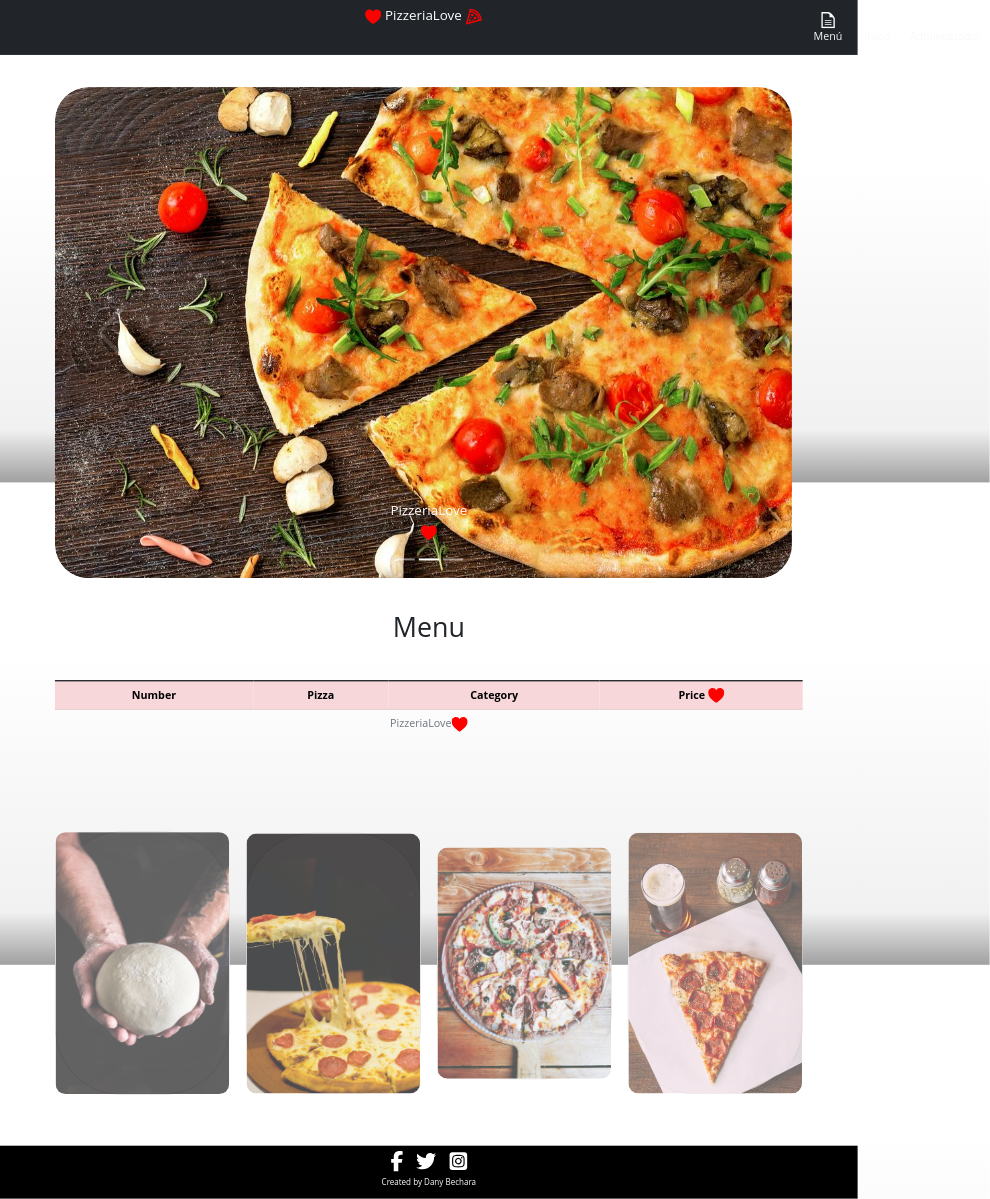
Repository: bechara611/PizzeriaLove
Page: /
These files come from the project's save history. The page is drawn as it stood at one moment and after the next save; the edit follows.
The browser window is 1280 px wide. The page is 1477 px wide, then 1280 px, so the pictures cover 1477 px, including what lies to the right of the window. The pictures show the whole page, at 67% of full size.
The page's requests for data from a server got no answer. Backgrounds fixed to the window are drawn as part of the page. The project was rebuilt for these pictures with package versions that can differ from the ones it lists, and the page was loaded fresh each time. No one was signed in, and anything a server would have sent is missing. Also part of the build but not shown: src/App.css, src/App.js, src/Componentes/FormularioAgregarMenu.css, src/Elementos/Alerta.js, src/Elementos/AlertaRed.js, src/Componentes/FormularioAgregarMenu.js.

Above is the page before, as saved 2022-02-25 23:46:12.

### src/index.js
import React,{useState} from 'react';
import ReactDOM from 'react-dom';
import './index.css';
import 'bootstrap/dist/css/bootstrap.css'
import 'bootstrap/dist/js/bootstrap.bundle.min';
import Header from './Componentes/Header';
import {BrowserRouter,Route, Routes,NavLink} from 'react-router-dom'
import {App,App2} from './App';
import WebFont from 'webfontloader'
import './index.css'
import Carousel from './Componentes/Carousel';
import Menu from './Componentes/Menu';
import Footer from './Componentes/Footer';
import { FormularioAgregarMenu } from './Componentes/FormularioAgregarMenu';
import Galeria from './Componentes/Galeria';

WebFont.load({
  google: {
    families: ['Open Sans:400,500,700', 'Sans-serif']
  }
});

const Index = () => {
  const [administrador,cambiaradministrador]=useState(false);
  const [admin,cambiaradmin]=useState('');
  return (
  <BrowserRouter>
     <Header administrador={administrador} cambiaradministrador={cambiaradministrador} cambiaradmin={cambiaradmin} admin={admin}></Header>
   {admin==='admin' ? <h2 className='my-5 tittle text-dark text-center'>ADMIN</h2>:<></>}
     <Carousel></Carousel>

    <Routes>
    <Route path='/' element={<Menu borrar={false} />} ></Route>
    <Route path='/administrador' element={<FormularioAgregarMenu />} ></Route>
    <Route path='/inicio' element={<Menu borrar={false} />} ></Route>
    </Routes>


    <Footer></Footer>
    </BrowserRouter>
    );
}


ReactDOM.render(

  <Index />,
  document.getElementById('root')
);

### src/index.css
* {
  margin: 0;
  font-family:'Open Sans';
  /* Permalink - use to edit and share this gradient: https://colorzilla.com/gradient-editor/#ffffff+0,ffffff+100&1+0,0+100;White+to+Transparent */



}


body
{
  background: rgb(255,255,255);
  background: linear-gradient(180deg, rgba(255,255,255,1) 0%, rgba(255,255,255,1) 35%, rgba(242,241,241,1) 89%, rgba(10,10,10,0.38699229691876746) 100%);

  background-attachment:fixed;
}

### src/Componentes/Header.js
import {NavLink} from 'react-router-dom'
import styled from 'styled-components';
import { BotonTipoNavLink,BotonTipoNavLinkA } from '../Elementos/BotonTipoNavLink';
import {Pizza2,Administrador2,Inicio2,Menu2,Contacto2,Heart2}from '../Elementos/ImagenesSVG';
import {App,App2} from './../App';
import './Header.css'


const Header = ({cambiaradministrador,administrador,cambiaradmin}) => {
    let url1,urladmin;
    url1="/inicio";
    urladmin='/administrador'
      return (
        <>

        <nav className="navbar navbar-expand-sm navbar-dark bg-dark  header_nav">
        <div className="container contenedor1 text-center col-12 ">
        <div className='hijo1_header text-center col-12 '>
         <BotonTipoNavLink to={url1} className="navbar-brand text-center "> <Heart2 / > PizzeriaLove <Pizza2></Pizza2></BotonTipoNavLink>



        </div>
      <div className='hijo2_header text-center col-12 col-sm-3 '>
        <button
        className="navbar-toggler mt-2 col-12 col-sm-3 text-center"
        type="button"
        data-bs-toggle="collapse"
        data-bs-target="#menu"
        aria-controls="menu"
        aria-expanded="false"
        aria-label="Mostrar / Ocultar Menu"
      >
        <span className="navbar-toggler-icon   "></span>
      </button>

      <div className="collapse navbar-collapse   " id="menu">
      <ul className="navbar-nav me-auto mb-2 mb-lg-0 header_menu ">
      <li className="nav-item opcion"><a href="#menuu" className="nav-link text-light  opcion" onClick={()=>{cambiaradmin('usuario')}}><Menu2></Menu2> Menú</a></li>
        <li className="nav-item"><BotonTipoNavLinkA to={url1} className="nav-link text-light" onClick={()=>{cambiaradmin('usuario')}}><Inicio2/> Inicio</BotonTipoNavLinkA></li>
        <li className="nav-item"><BotonTipoNavLink to={urladmin} className="nav-link text-light" onClick={()=>{cambiaradmin('admin')}}> <Administrador2 /> Administrador</BotonTipoNavLink></li>
      </ul>

    </div>
    </div>
        </div>

      </nav>

      </>
       );
    }

    export default Header;

### src/Componentes/Carousel.js
import { Heart2 } from '../Elementos/ImagenesSVG'
import imagen1 from './../Imagenes/carousel1.jpg'
import imagen2 from './../Imagenes/carousel2.jpg'
import imagen3 from './../Imagenes/carousel3.jpg'
import './Carousel.css'
const Carousel = () => {
    return (

        <>
<section className="main">
  <div className="container">
    <div className="row mt-5">
      <div className="col">
        <div className="carousel slide carousel-fade" id="mi-carousel" data-bs-ride="carousel">
          <div className="carousel-inner">
            <div className="carousel-item active">
            <div className="carousel-caption">
            <h5>PizzeriaLove</h5>
            <p><Heart2></Heart2></p>
          </div>
              <img className="img-fluid" src={imagen1} alt='' />
            </div>

            <div className="carousel-item" data-bs-interval="5000">
              <div className="carousel-caption">
                <h5>PizzeriaLove</h5>
                <p><Heart2></Heart2></p>
              </div>
              <img className="img-fluid" src={imagen2}  alt=''/>
            </div>
            <div className="carousel-item">
            <div className="carousel-caption">
            <h5>PizzeriaLove</h5>
            <p><Heart2></Heart2></p>
          </div>
            <img className="img-fluid" src={imagen3} alt='' />
            </div>
          </div>



          <button
            className="carousel-control-prev botonprev"
            type="button"
            data-bs-target="#mi-carousel"
            data-bs-slide="prev"
          >
            <span className="carousel-control-prev-icon  icono" aria-hidden="true"></span>
            <span className="visually-hidden">Prev</span>
          </button>
          <button
            className="carousel-control-next"
            type="button"
            data-bs-target="#mi-carousel"
            data-bs-slide="next"
          >
            <span className="carousel-control-next-icon icono" aria-hidden="true"></span>
            <span className="visually-hidden">Next</span>
          </button>




          <div className="carousel-indicators">
            <button
              type="button"
              className="active"
              data-bs-target="#mi-carousel"
              data-bs-slide-to="0"
              aria-label="Slide 1"
            ></button>
            <button
              type="button"
              className=""
              data-bs-target="#mi-carousel"
              data-bs-slide-to="1"
              aria-label="Slide 2"
            ></button>
            <button
              type="button"
              className=""
              data-bs-target="#mi-carousel"
              data-bs-slide-to="2"
              aria-label="Slide 3"
            ></button>
          </div>
        </div>
      </div>
    </div>
  </div>

</section>


        </>
     );
}

export default Carousel;

### src/Componentes/Menu.js
import React from 'react'
import { Heart2, Trash2 } from '../Elementos/ImagenesSVG';
import { db } from '../Firebase/FirebaseConfig';
import './Menu.css'
import useObtenerMenu from '../Hooks/useObtenerMenu';
import BorrarDocumento from '../Firebase/Borrar';
import Galeria from './Galeria';

const Menu = ({borrar}) => {
   const [platos,cambiarplatos]=useObtenerMenu();


    return (
        <>
        <div className="container contenedor-tabla">
        <div className="row my-5">

        <div className="col titulo">
        {borrar===true ?   <h1 className=''>Admin, you can delete a plate here:</h1> :    <h1 className=''>Menu</h1>}

        </div>
        </div>
            <div className="row my-5">

             <div className="table-responsive " id='menuu'>
            <table className="table table-hover table" >
            <caption className='captionMenu'>PizzeriaLove<Heart2></Heart2></caption>
             <thead>
             <tr className={borrar===true?'table-success' : 'table-danger'}>
             <th>Number</th>
             <th>Pizza</th>
             <th>Category </th>
             <th>Price <Heart2></Heart2> </th>
             </tr>
             </thead>
             <tbody>
             {
                 platos.map((plato,index)=>{
                     return <React.Fragment key={index}>
                     <tr onClick={()=>{


                     }} >
                     <td>{index +1}</td>
                     <td>{plato.plato}</td>
                     <td>{plato.categorias}</td>
                     {borrar===true ?    <td>{plato.precio}$  <Trash2 onClick={()=>{
                        if (borrar===true) {
                            BorrarDocumento(plato.id)
                         }
                     }}></Trash2> </td> : <td>{plato.precio}</td> }

                     </tr>
                     </React.Fragment>
                 })
             }
             </tbody>
             </table>
            </div>


            </div>
        </div>
        <Galeria></Galeria>
        </>

        )

}

export  default Menu;

### src/Componentes/Footer.js
import styled from "styled-components";
import './Footer.css'
import { FontAwesomeIcon } from '@fortawesome/react-fontawesome'
import { faCoffee } from '@fortawesome/free-solid-svg-icons'
import {  faFacebookF,faInstagramSquare,faTwitter } from '@fortawesome/free-brands-svg-icons';
import useObtenerMenu from "../Hooks/useObtenerMenu";


const Footer = () => {
    let face='https://www.facebook.com';
    let insta='https://www.instagram.com';
    let twitter='https://www.twitter.com';
    let nuevaPestana="_blank"

    return (
        <>
        <div className="container-fluid " >
        <div className="row fila">
        <footer className="col-12 footer">
        <a href={face} target={nuevaPestana} className='face'><FontAwesomeIcon icon={faFacebookF}/></a>
        <a href={twitter} target={nuevaPestana} className='twitter'><FontAwesomeIcon icon={faTwitter}/></a>
        <a href={insta} target={nuevaPestana} className='instagram'><FontAwesomeIcon icon={faInstagramSquare}/></a>

        </footer>
        <p className="col-12">Created by Dany Bechara</p>
        </div>
        </div>
        </>
     );
}

export default Footer;

### src/Componentes/Galeria.js
import React from 'react';
import './Galeria.css'
import  Pizza1 from './../Imagenes/Pizza1.jpg'
import  Pizza2 from './../Imagenes/Pizza2.jpg'
import  Pizza3 from './../Imagenes/Pizza3.jpg'
import  Pizza4 from './../Imagenes/Pizza4.jpg'
import  Pizza5 from './../Imagenes/Pizza5.jpg'
import  Pizza6 from './../Imagenes/Pizza6.jpg'
import  Pizza7 from './../Imagenes/Pizza7.jpg'
import  Pizza8 from './../Imagenes/Pizza8.jpg'
import {ReactComponent as Menu} from './../Imagenes/Menu.svg'
const Galeria = () => {
    return (

        <>
        <div className="container centrar   py-5">
    <div className="row my-4 centrar">
        <div className="col-lg-3 col-12 col-sm-6 centrar">
            <div className="card cardcita my-1">
           < img src={Pizza5} alt="" className=" cardcitaImagen"></img>
            </div>
        </div>
        <div className="col-lg-3 col-12 col-sm-6 centrar">
            <div className="card cardcita my-1">
           < img src={Pizza2} alt="" className="cardcitaImagen"></img>
            </div>
        </div>
        <div className="col-lg-3 col-12 col-sm-6 centrar">
        <div className="card cardcita my-1">
       < img src={Pizza3} alt="" className="cardcitaImagen"></img>
        </div>
    </div>
        <div className="col-lg-3 col-12 col-sm-6 centrar">
            <div className="card cardcita my-1">
           < img src={Pizza8} alt="" className="cardcitaImagen colores"></img>
            </div>
        </div>
    </div>


        </div>
        </>
     );
}

export default Galeria;

### src/Elementos/BotonTipoNavLink.js
import styled from "styled-components"
import { NavLink } from "react-router-dom"
    const BotonTipoNavLink = styled(NavLink)`
    &:hover
    {
      text-decoration: underline;
      color: black;
    }
    `

    const BotonTipoNavLinkA=styled(BotonTipoNavLink)`
    text-decoration: none;
      color: black;
      cursor:pointer;
    `
    export {BotonTipoNavLink,BotonTipoNavLinkA}

### src/Elementos/ImagenesSVG.js
import styledComponents from 'styled-components';
import {ReactComponent as Pizza} from './../Imagenes/Pizza.svg'
import {ReactComponent as Inicio} from './../Imagenes/Inicio.svg'
import {ReactComponent as Menu} from './../Imagenes/Menu.svg'
import {ReactComponent as Administrador} from './../Imagenes/Administrador.svg'
import {ReactComponent as Contacto} from './../Imagenes/Contacto.svg'
import {ReactComponent as Heart} from './../Imagenes/Heart.svg'
import {ReactComponent as Trash} from './../Imagenes/Trash.svg'
const Pizza2 = styledComponents(Pizza)`
font-size:10px;
z-index: 1;
color:white;
fill:red;

`;
const Inicio2 = styledComponents(Inicio)`
font-size:10px;
z-index: 1;
color:white;
fill:white;

`;
const Menu2 = styledComponents(Menu)`
font-size:10px;
z-index: 1;
color:white;
fill:white;

`;
const Administrador2 = styledComponents(Administrador)`
font-size:10px;
z-index: 1;
color:white;
fill:white;

`;

const Contacto2 = styledComponents(Contacto)`
font-size:10px;
z-index: 1;
color:white;
fill:white;

`;

const Heart2 = styledComponents(Heart)`
font-size:10px;
z-index: 1;
color:white;
fill:red;

`;

const Trash2=styledComponents(Trash)`
fill:blue;
cursor:pointer;
`

export {Pizza2,Administrador2,Inicio2,Menu2, Contacto2,Heart2,Trash2}

### src/Componentes/Header.css

*{
   box-sizing: border-box;
   margin: 0;
   padding: 0;


}
.header_nav2
{
    /* margin-top: -8px; */
    background: -moz-linear-gradient(top,  rgba(211,126,128,1) 0%, rgba(146,171,207,0) 76%, rgba(134,179,222,0) 90%, rgba(125,185,232,0) 100%); /* FF3.6-15 */
background: -webkit-linear-gradient(top,  rgba(211,126,128,1) 0%,rgba(146,171,207,0) 76%,rgba(134,179,222,0) 90%,rgba(125,185,232,0) 100%); /* Chrome10-25,Safari5.1-6 */
background: linear-gradient(to bottom,  rgba(211,126,128,1) 0%,rgba(146,171,207,0) 76%,rgba(134,179,222,0) 90%,rgba(125,185,232,0) 100%); /* W3C, IE10+, FF16+, Chrome26+, Opera12+, Safari7+ */
filter: progid:DXImageTransform.Microsoft.gradient( startColorstr='#d37e80', endColorstr='#007db9e8',GradientType=0 ); /* IE6-9 */


}
body
{
    /* background: url(./../Imagenes/textura.png);
	background-repeat: repeat;
	background-attachment: fixed; */
}

.nav
{


}

.contenedor12
{

    /* min-height: 300px;  */
}

.hijo1_header
{
    align-self: start;
    /* margin-top: 2%; */

}
.hijo2_header
{
    /* margin-top: 2%; */
    align-self: start;
}
.header_menu
{

}

.opcion
{
text-decoration: dotted;
display: inline-block;
opacity: 1;

}



.opcion:hover
{
    text-decoration: underline;
}

.opcion:link
{
color: green;
}

### src/Componentes/Carousel.css
.carousel-inner{border-radius: 50px;}
.carousel-item{border-radius: 50px;}
.img-fluid{border-radius: 50px;}
.icono {
    height: 100px;
    width: 100px;

      /*shape border*/

      opacity: 0.3;
      /*symbol */




}
.icono:hover{opacity: 1;}

### src/Firebase/FirebaseConfig.js
import { initializeApp } from "firebase/app";
import { getAnalytics } from "firebase/analytics";
import { getFirestore } from "firebase/firestore";
import { getAuth, createUserWithEmailAndPassword } from "firebase/auth";

const firebaseConfig2 = {
    apiKey: "AIzaSyDhYuWK_8Uy4S-BtkFmFfityIjQnt4M3Is",
    authDomain: "pizzerialove-00.firebaseapp.com",
    projectId: "pizzerialove-00",
    storageBucket: "pizzerialove-00.appspot.com",
    messagingSenderId: "356504995914",
    appId: "1:356504995914:web:c5fee404edbf5f32affeb3",
    measurementId: "G-CK1N9HMEKD"
  };


    const firebaseConfig = {
      apiKey:process.env.REACT_APP_FIREBASE_API_KEY,
      authDomain:process.env.REACT_APP_FIREBASE_AUTH_DOMAIN,
      projectId:process.env.REACT_APP_FIREBASE_PROJECT_ID,
      storageBucket:process.env.REACT_APP_FIREBASE_STORAGE_BUCKET,
      messagingSenderId:process.env.REACT_APP_FIREBASE_MESSAGING_SENDER_ID,
      appId:process.env.REACT_APP_FIREBASE_APP_ID,
      measurementId:process.env.REACT_APP_FIREBASE_MEASUREMENT_ID
    };



// Initialize Firebase
const app = initializeApp(firebaseConfig);
const analytics = getAnalytics(app);
const db= getFirestore();
const auth=getAuth();

export {app,analytics,db,auth};

### src/Componentes/Menu.css
.captionMenu
{
    text-align: center;
}

.titulo{text-align: center;}

td{text-align: center;}
th{text-align: center;}

.basurita{background: black;}

.table-responsive{




    }

### src/Hooks/useObtenerMenu.js
import React,{useEffect,useState} from 'react'
import { db } from '../Firebase/FirebaseConfig';
import { collection,onSnapshot } from 'firebase/firestore';

const useObtenerMenu = () => {
    const [platos,cambiarplatos]=useState([{}])
    useEffect(()=>{

            const FuncionObtenerMenu=onSnapshot(collection(db,'menu'), (snapShot)=>{

               let vectormenu=snapShot.docs.map((documento)=>{
                  // console.log(documento.id)
                    return {...documento.data(),id:documento.id}
                })
              //  console.log(vectormenu);
              cambiarplatos([{}])
                cambiarplatos(vectormenu)
            })




            return FuncionObtenerMenu;
          },[])
          return [platos,cambiarplatos]
}

export default useObtenerMenu;

### src/Firebase/Borrar.js
import { db,app } from './FirebaseConfig'
import {doc,deleteDoc, } from 'firebase/firestore'
const BorrarDocumento =async (id) => {
  try {
  await deleteDoc(doc(db,'menu',id));

   } catch (error) {
    console.log(error)
   }

}

export default BorrarDocumento;

### src/Componentes/Footer.css
.footer
{
    display: flex;
    flex-direction: row;
    justify-content: center;

}
.fila
{
    display: flex;
    justify-content: center;
    text-align: center;
    background: black;
    font-size: 12px;
}
.fila p
{

color: white;
}
.footer a{
    text-decoration: none;
font-size: 30px;
display: inline-block;
color: white;
margin: 0 10px;
}
.face:hover{color: blue;}
.twitter:hover{color: lightblue;}
.instagram:hover{color:#fcaf45}

### src/Componentes/Galeria.css
.cardcita{
   border-radius: 100px;
    max-width: 300px;
    min-height: 300px;



}

.cardcitaImagen
{
    border-radius: 15px;
    max-width: 300px;
    min-height: 300px;

   opacity: .7;


}
.cardcitaImagen:hover{
    opacity: 1;

}
.usuario{text-transform: uppercase;}
@keyframes colores
{
/*from{background: #9EB3C2;}
to{background:#21295C ;}*/
0%{min-height: 500px;}
25%{min-height: 520;}
50%{min-height: 530px;}
75%{min-height: 520;}
100%{min-height: 500;}
}

.centrar{
    text-align: center;
    display: flex;
    justify-content: center;
align-items: center;
}

Loaded but not shown: public/index.html (common file)

After the next save:
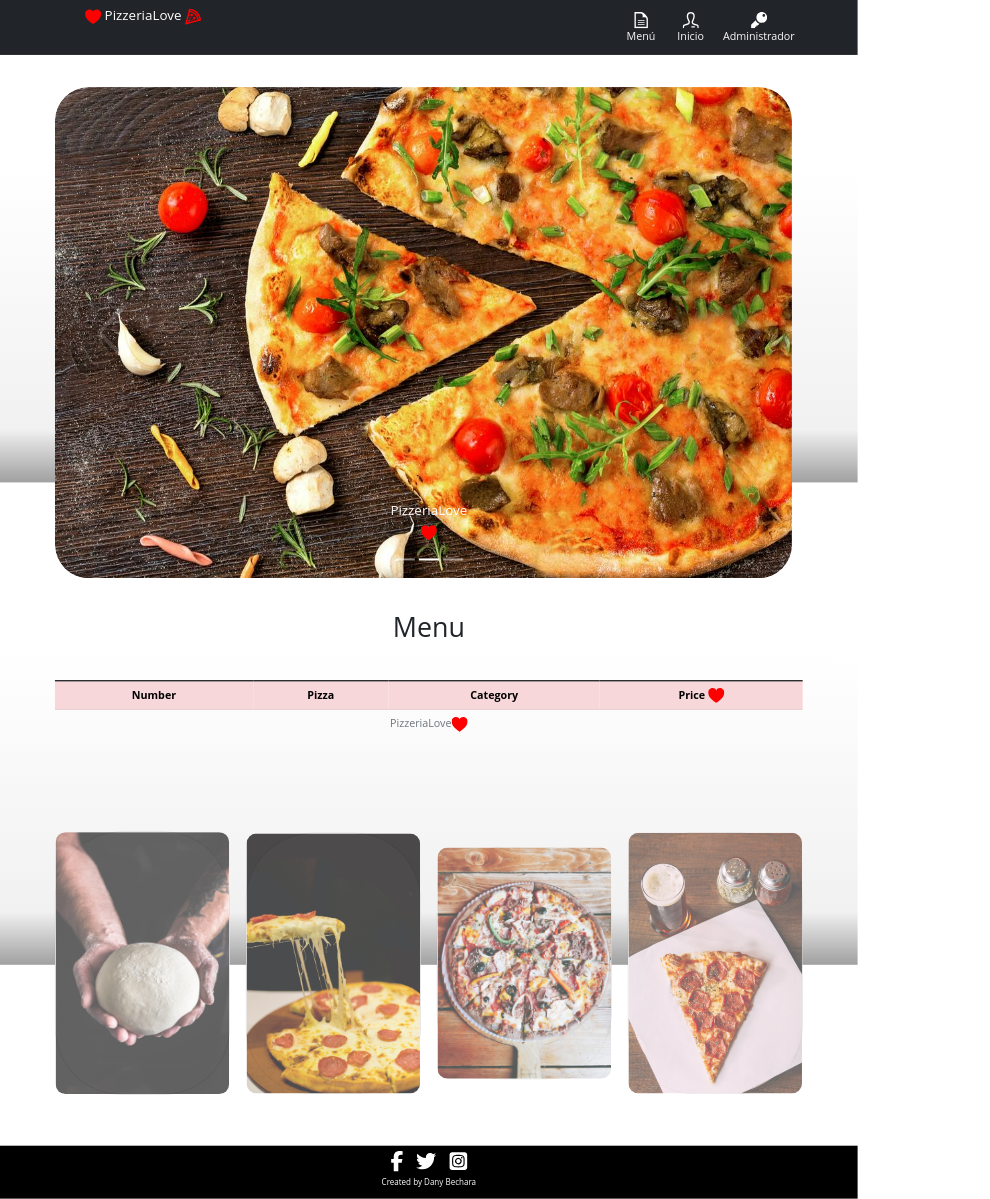
Saved 22 s later.
--- a/src/Componentes/Header.js
+++ b/src/Componentes/Header.js
@@ -15,7 +15,7 @@ const Header = ({cambiaradministrador,administrador,cambiaradmin}) => {
 
         <nav className="navbar navbar-expand-sm navbar-dark bg-dark  header_nav">
         <div className="container contenedor1 text-center col-12 ">
-        <div className='hijo1_header text-center col-12 '>
+        <div className='hijo1_header text-center col-12 col-sm-3 '>
          <BotonTipoNavLink to={url1} className="navbar-brand text-center "> <Heart2 / > PizzeriaLove <Pizza2></Pizza2></BotonTipoNavLink>
 
 
